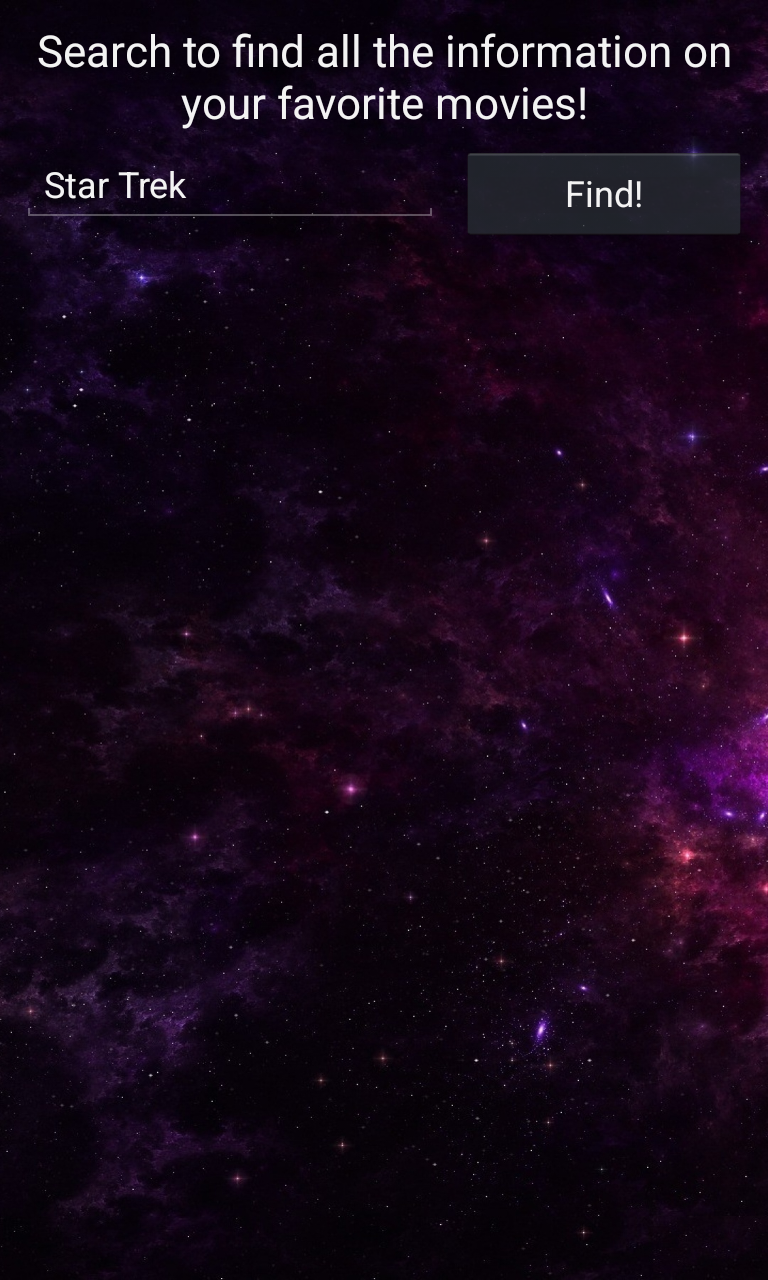
Repository: laurenelder/Java2_Elder
Layout: MovieLookup/res/layout/activity_main.xml
These files come from the project's save history. The layout is drawn as it stood at one moment and after the next save; the edit follows.
It is drawn on a 768 x 1280 px phone screen (xhdpi) without system bars, with theme android:Theme.Holo; the app's code is not run. Lists and similar views that code fills are empty.

Above is the layout before, as saved 2014-08-01 01:49:24.

After the next save:
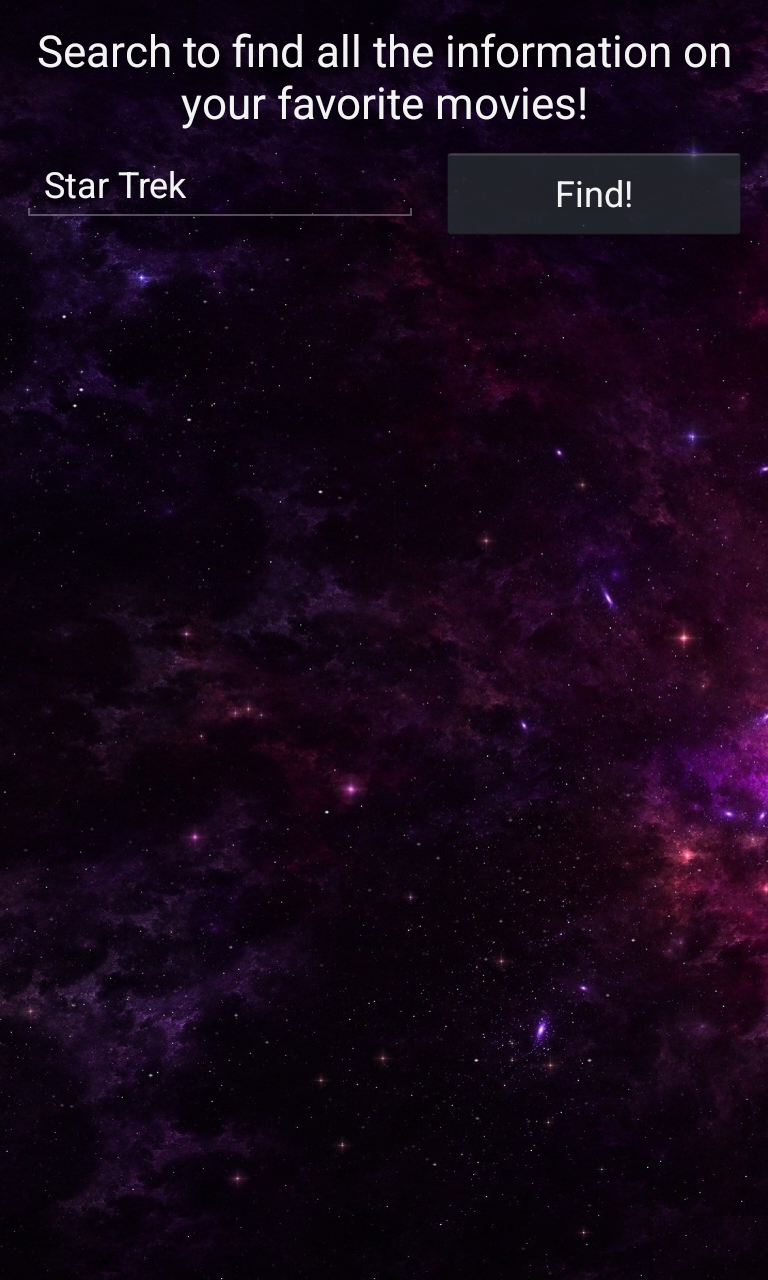
Saved 20 min 22 s later.
--- a/MovieLookup/res/layout/activity_main.xml
+++ b/MovieLookup/res/layout/activity_main.xml
@@ -30,7 +30,7 @@
 
         <EditText
             android:id="@+id/searchField"
-            android:layout_width="wrap_content"
+            android:layout_width="200dp"
             android:layout_height="wrap_content"
             android:layout_alignParentLeft="true"
             android:layout_alignParentTop="true"
